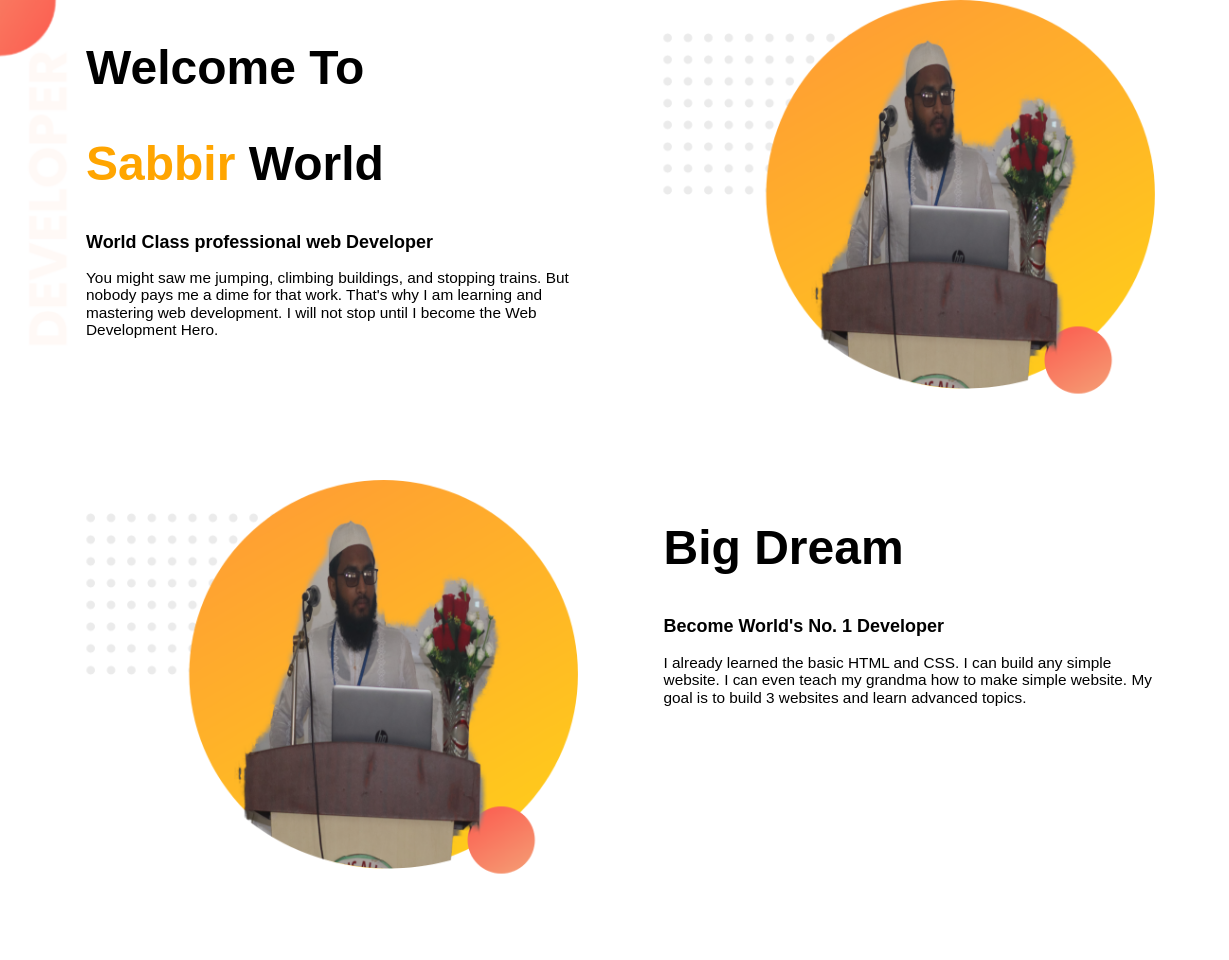
Repository: sabbircse3/web-protfolio
Page: index.html
An editor plug-in stored every save of this project. The page is shown before and after the next save, followed by the edit.
The browser window is 1280 px wide. The pictures show the whole page, at 96% of full size.

Above is the page before, as saved 2021-01-04 10:12:18.

After the next save:
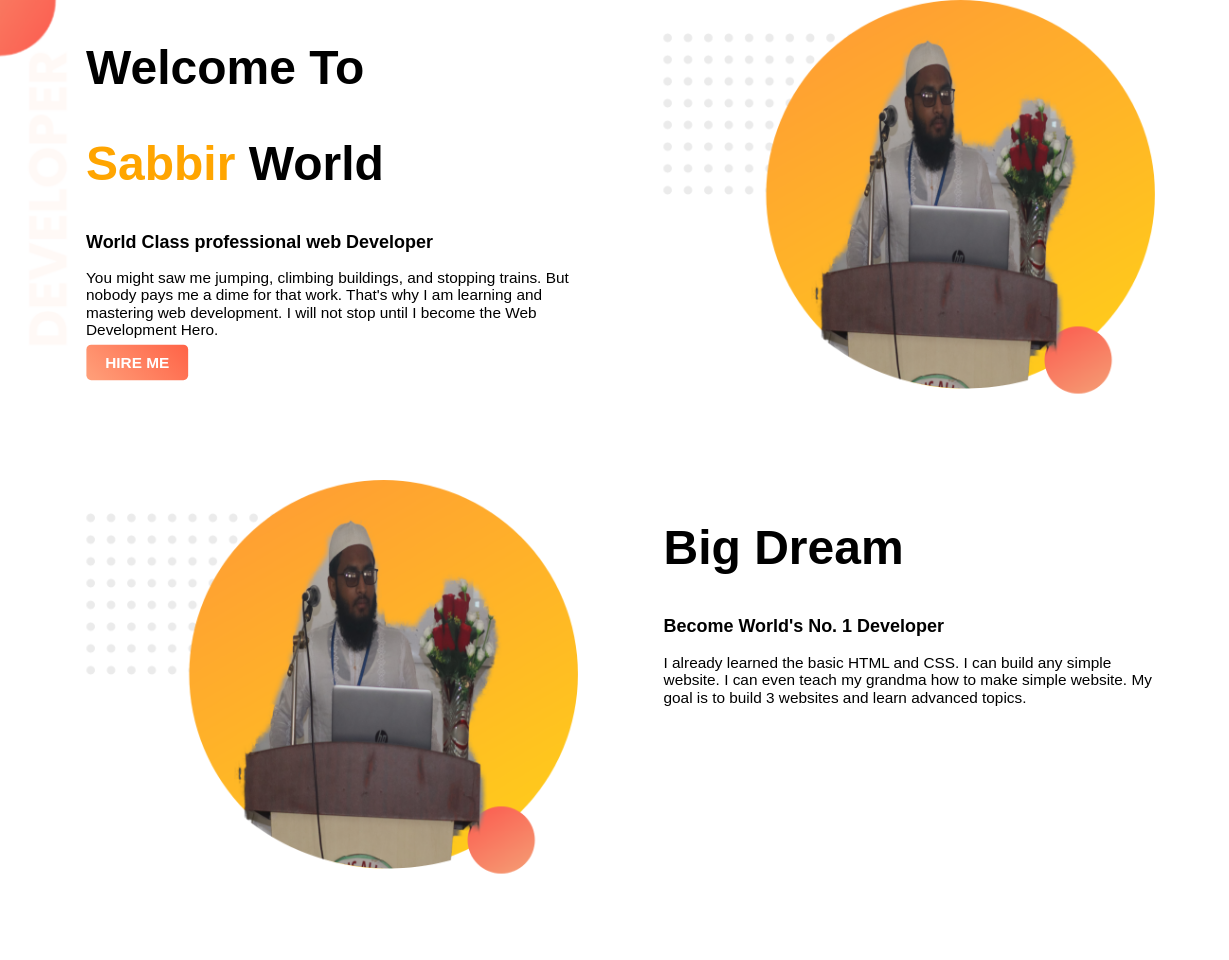
Saved 4 s later.
--- a/style.css
+++ b/style.css
@@ -26,7 +26,7 @@ section{
 }
 .link-button{
     text-decoration: none;
-    background-image: linear-gradient(45deg lightSalmon, tomato);
+    background-image: linear-gradient(45deg, lightSalmon, tomato);
     padding: 10px 20px;
     border-radius: 5px;
     color: white;
